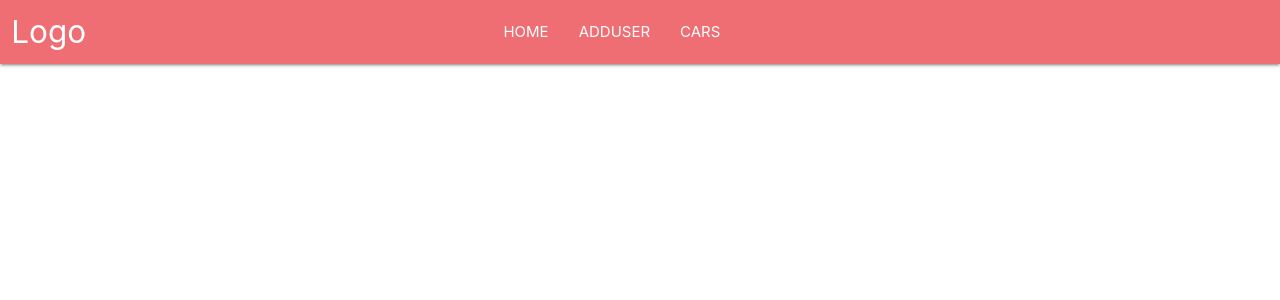
Repository: JenyaIII-sudo/Cars
Page: /Cars
An editor plug-in stored every save of this project. The page is shown before and after the next save, followed by the edit.
The browser window is 1280 px wide. The pictures show the whole page.
The project was rebuilt for these pictures with package versions that can differ from the ones it lists, and the page was loaded fresh each time. Also part of the build but not shown: src/App.css, src/Components/Home.js, src/Components/AddUser.js.

Above is the page before, as saved 2019-11-24 17:52:05.

After the next save:
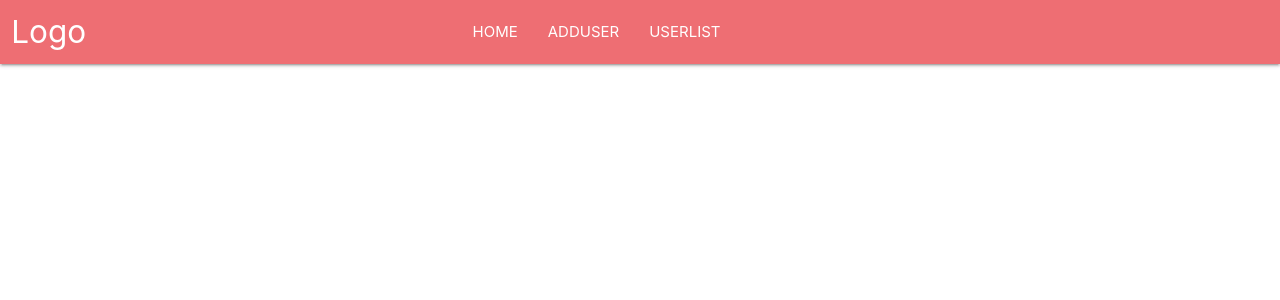
Saved 13 s later.
--- a/src/Components/NavBar.js
+++ b/src/Components/NavBar.js
@@ -16,7 +16,7 @@ const NavBar = () => {
             <Link to="/Add">ADDUSER</Link>
           </li>
           <li>
-            <Link to="/Cars">CARS</Link>
+            <Link to="/Cars">USERLIST</Link>
           </li>
         </ul>
       </div>
